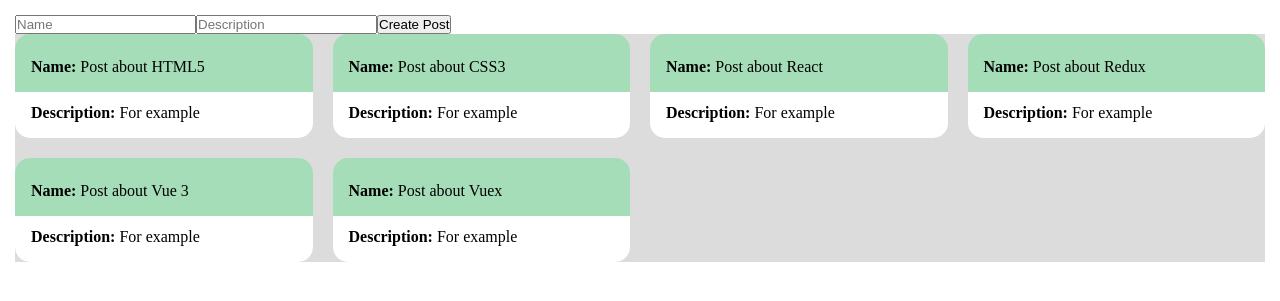
Repository: Axeliriya/vue-todo
Page: /
These files come from the project's save history. The page is drawn as it stood at one moment and after the next save; the edit follows.
The browser window is 1280 px wide. The pictures show the whole page.
The project was rebuilt for these pictures with package versions that can differ from the ones it lists, and the page was loaded fresh each time. Also part of the build but not shown: vue.config.js.

Above is the page before, as saved 2022-04-01 17:13:05.

### public/index.html
<!DOCTYPE html>
<html lang="">
  <head>
    <meta charset="utf-8">
    <meta name="viewport" content="width=device-width,initial-scale=1.0">
    <link rel="icon" href="<%= BASE_URL %>favicon.ico">
    <title>Todo</title>
  </head>
  <body>
    <div id="app"></div>
  </body>
</html>

### src/App.vue
<template>
  <div class="app">
    <div class="overlay">
      <form>
        <input class="input" type="text" placeholder="Name" />
        <input class="input" type="text" placeholder="Description" />
        <button>Create Post</button>
      </form>
    </div>
    <ul class="posts">
      <li class="post" v-for="post in posts">
        <div class="post__name"><strong>Name: </strong>{{ post.title }}</div>
        <div class="post__description">
          <strong>Description: </strong>{{ post.body }}
        </div>
      </li>
    </ul>
  </div>
</template>

<script>
export default {
  data() {
    return {
      posts: [
        { id: Date.now(), title: 'Post about HTML5', body: 'For example' },
        { id: Date.now() + 1, title: 'Post about CSS3', body: 'For example' },
        { id: Date.now() + 2, title: 'Post about React', body: 'For example' },
        { id: Date.now() + 3, title: 'Post about Redux', body: 'For example' },
        { id: Date.now() + 4, title: 'Post about Vue 3', body: 'For example' },
        { id: Date.now() + 5, title: 'Post about Vuex', body: 'For example' },
      ],
    };
  },
  methods: {},
};
</script>

<style>
* {
  margin: 0;
  padding: 0;
  box-sizing: border-box;
}

ul {
  list-style-type: none;
}

img {
  display: block;
  width: 100%;
  height: auto;
}

.app {
  padding: 15px;
}

.posts {
  display: grid;
  grid-template-columns: repeat(4, 1fr);
  gap: 20px;
  background-color: gainsboro;
}

.post {
  border-radius: 15px;
}

.post__name {
  padding: 24px 16px 16px 16px;
  border-radius: 15px 15px 0 0;
  background-color: #a5ddb8;
}

.post__description {
  padding: 12px 16px 16px 16px;
  border-radius: 0 0 15px 15px;
  background-color: #ffffff;
}
</style>

Loaded but not shown: src/main.js (common file)

After the next save:
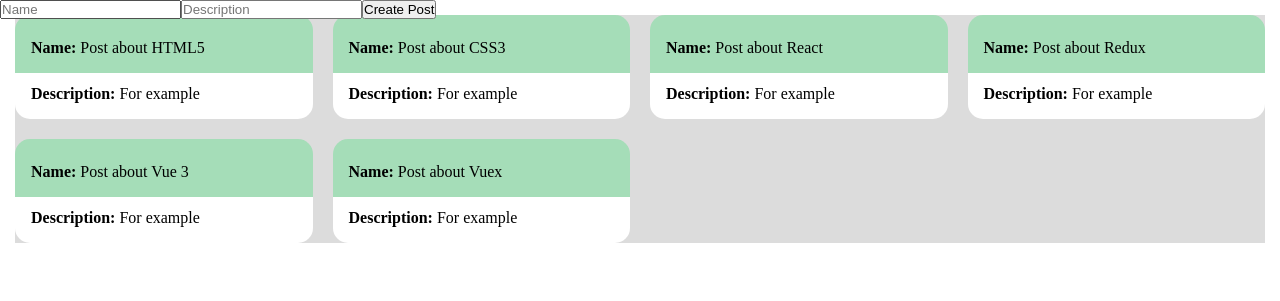
Saved 71 s later.
--- a/src/App.vue
+++ b/src/App.vue
@@ -57,6 +57,13 @@
   padding: 15px;
 }
 
+.overlay {
+  position: fixed;
+  top: 0;
+  left: 0;
+  width: 100%;
+}
+
 .posts {
   display: grid;
   grid-template-columns: repeat(4, 1fr);
